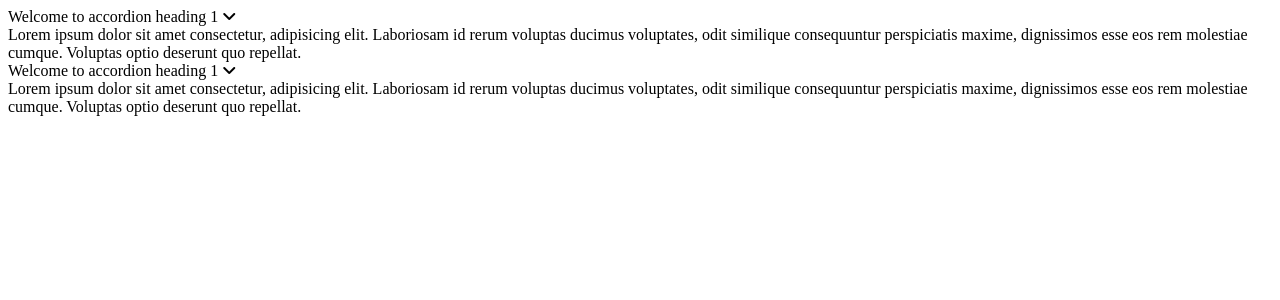
Repository: tungts3qb/Javascript
Page: accordion.html
The author's editor kept a copy of each file at every save. The page is drawn from the files as they stood at one save, then again after the next save.
The browser window is 1280 px wide. The pictures show the whole page.

Above is the page before, as saved 2022-12-26 00:26:14.

### accordion.html
<!DOCTYPE html>
<html lang="en">
  <head>
    <meta charset="UTF-8" />
    <meta http-equiv="X-UA-Compatible" content="IE=edge" />
    <meta name="viewport" content="width=device-width, initial-scale=1.0" />
    <link
      rel="stylesheet"
      href="https://cdnjs.cloudflare.com/ajax/libs/font-awesome/6.2.1/css/all.min.css"
      integrity="sha512-MV7K8+y+gLIBoVD59lQIYicR65iaqukzvf/nwasF0nqhPay5w/9lJmVM2hMDcnK1OnMGCdVK+iQrJ7lzPJQd1w=="
      crossorigin="anonymous"
      referrerpolicy="no-referrer"
    />
    <link rel="stylesheet" href="style.css" />
    <title>Accordiion</title>
  </head>
  <body>
    <div class="accordion">
      <div class="accordion-header">
        <span>Welcome to accordion heading 1</span>
        <i class="fa fa-angle-down"></i>
      </div>
      <div class="accordion-content">
        <div class="accordion-content-inner">
          Lorem ipsum dolor sit amet consectetur, adipisicing elit. Laboriosam
          id rerum voluptas ducimus voluptates, odit similique consequuntur
          perspiciatis maxime, dignissimos esse eos rem molestiae cumque.
          Voluptas optio deserunt quo repellat.
        </div>
      </div>
    </div>

    <div class="accordion">
      <div class="accordion-header">
        <span>Welcome to accordion heading 1</span>
        <i class="fa fa-angle-down"></i>
      </div>
      <div class="accordion-content">
        <div class="accordion-content-inner">
          Lorem ipsum dolor sit amet consectetur, adipisicing elit. Laboriosam
          id rerum voluptas ducimus voluptates, odit similique consequuntur
          perspiciatis maxime, dignissimos esse eos rem molestiae cumque.
          Voluptas optio deserunt quo repellat.
        </div>
      </div>
    </div>
    <script src="./accordion.js"></script>
  </body>
</html>

### style.css
.button {
  padding: 20px;
  color: white;
  background-color: #ffa400;
  border: 0;
  margin: 50px auto;
  display: block;
  width: 300px;
  font-family: "Poppins", sans-serif;
}

.change {
  display: block;
  padding: 15px 40px;
  border-radius: 10px;
  border: 0;
  color: white;
  font-family: "Poppins", sans-serif;
  margin: 50px auto;
  background-color: #3d6ef7;
}

.menu {
  width: 300px;
  position: fixed;
  top: 0;
  right: 0;
  bottom: 0;
  box-shadow: rgba(100, 100, 111, 0.2) 0px 7px 29px 0px;
  list-style: none;
  transform: translateX(100%);
  transition: transform 0.25s linear;
  margin-top: 0;
  margin-bottom: 0;
}

.menu.is-show {
  transform: translateX(0%);
}

.menu-link {
  display: block;
  padding: 20px 15px;
  color: #333;
  border-bottom: 1px solid #eee;
}

.header {
  padding: 20px;
  display: flex;
  align-items: center;
  justify-content: flex-end;
}

.menu-toggle {
  cursor: pointer;
  font-size: 30px;
  position: relative;
  z-index: 9999;
}

.menu-item a {
  text-decoration: none;
}

/* ============ Tab.html ============= */

.tab {
  padding: 2.5rem;
  border-radius: 1rem;
  background-color: white;
  display: inline-block;
  position: relative;
  left: 50%;
  transform: translateX(-50%);
  margin: 50px auto;
  box-shadow: rgba(100, 100, 111, 0.2) 0px 7px 29px 0px;
  width: 500px;
}

.tab-list {
  display: flex;
  justify-content: space-between;
  margin-bottom: 2.5rem;
}

.tab-item {
  cursor: pointer;
  padding: 1rem 2rem;
  border-radius: 5rem;
  color: #818e9b;
  background-color: #f4f5f7;
  text-align: center;
  white-space: nowrap;
  font-weight: 500;
  margin: 0 auto;
  flex: 1;
}

.tab-item.active {
  color: white;
  background-color: #2979ff;
  pointer-events: none;
}

.tab-item:not(:first-child) {
  margin-left: 1.5rem;
}

.tab-content {
  display: none;
}

.tab-content.active {
  display: block;
}

.post {
  display: flex;
  align-items: center;
}

.post:not(:first-child) {
  margin-bottom: 2rem;
}

.post-title {
  color: #4e4f51;
  font-weight: 300;
  line-height: 1.8;
  font-size: 14px;
}

.accordion {
  width: 100px;
  display: inline;
}

Loaded but not shown: accordion.js (no stored copy; drawn as an empty file)

After the next save:
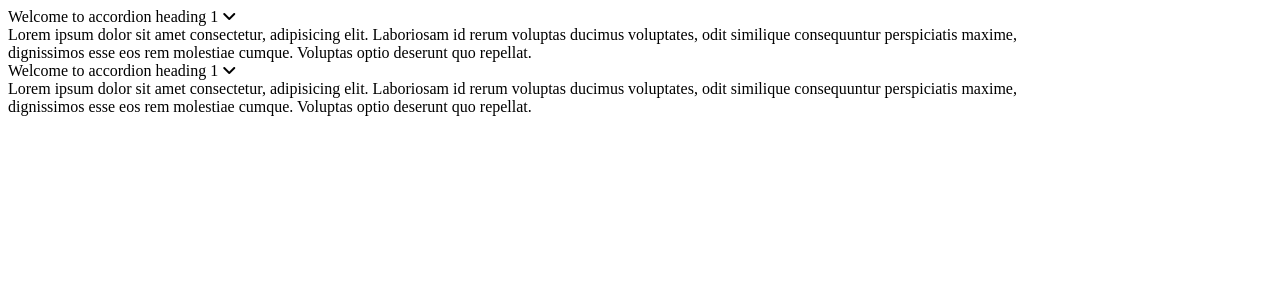
Saved 10 s later.
--- a/style.css
+++ b/style.css
@@ -132,6 +132,5 @@
 }
 
 .accordion {
-  width: 100px;
-  display: inline;
+  width: 80%;
 }
